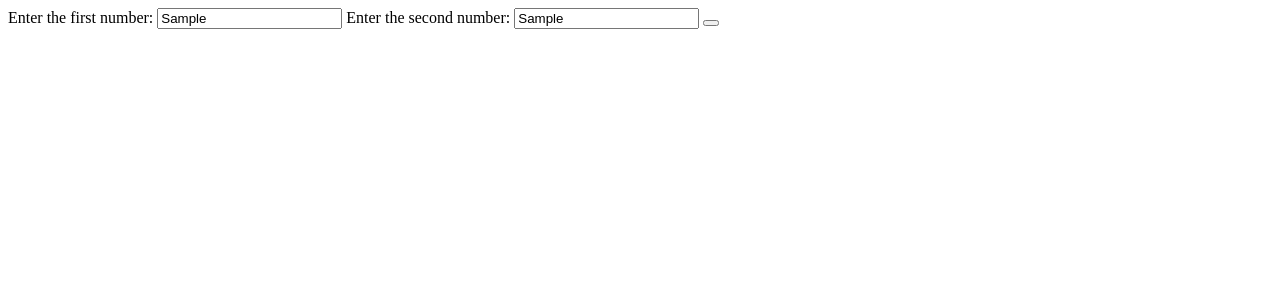
Repository: maliking/making
Page: http://localhost/challenges/challenge4/index.php
The author's editor kept a record of every edit. The page is drawn from the files as they stood at one moment, then again after the next edit.
The browser window is 1280 px wide. The pictures show the whole page.
Empty fields were first filled with sample values (such as "Sample", 5 or name@example.com).
After loading, the first visible `#compare` was clicked once.
The page is run by PHP 8.4 with error messages shown; the project is at /var/www/html/.

Above is the page before.
Console error: SyntaxError: Unexpected identifier 'numTwo'

After the next edit:
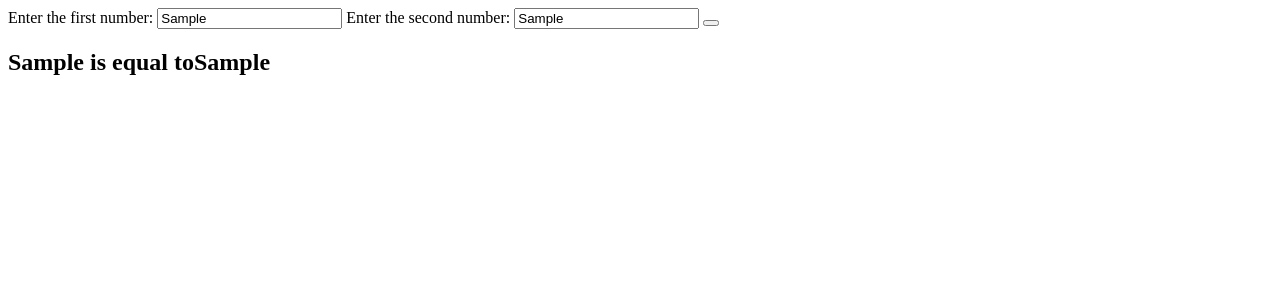
The error is gone.
The edit:
--- a/challenges/challenge4/index.php
+++ b/challenges/challenge4/index.php
@@ -33,7 +33,7 @@
                 } else if (numTwo > numOne) {
                     document.getElementById("answer").innerHTML = numTwo + " is greater than" + numTwo;
                 } else {
-                    document.getElementById("answer").innerHTML = numOne + " is equal to + "numTwo";
+                    document.getElementById("answer").innerHTML = numOne + " is equal to" + numTwo;
                 }
             }
 
